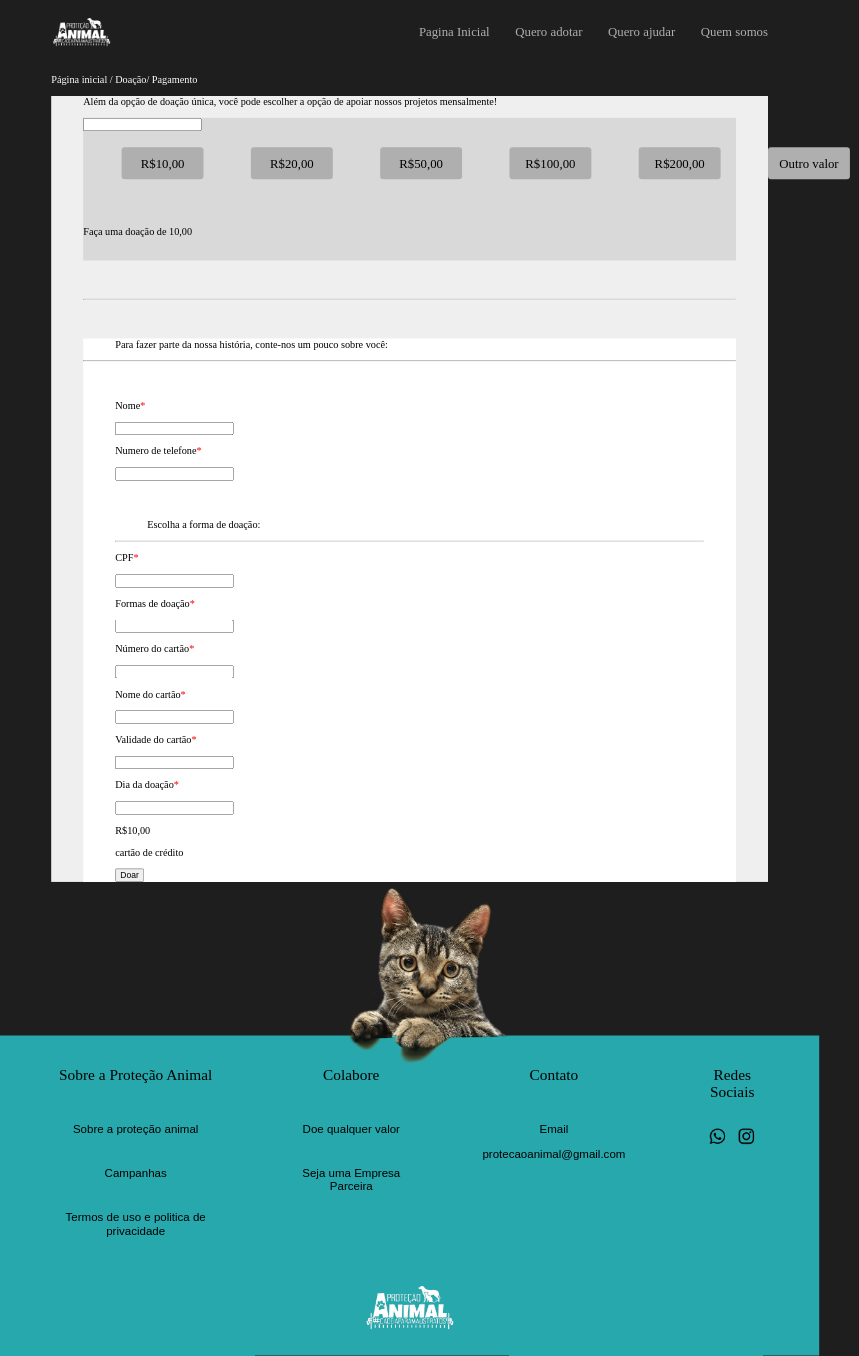
Repository: edjunior-nascimento/protecao-animal-web
Page: src/pages/formulario-doacao/index.html
An editor plug-in stored every save of this project. The page is shown before and after the next save, followed by the edit.
The browser window is 1280 px wide. The page is 1342 px wide, so the pictures cover 1342 px, including what lies to the right of the window. The pictures show the whole page, at 64% of full size.

Above is the page before, as saved 2025-03-07 03:29:02.

### src/pages/formulario-doacao/index.html
<!DOCTYPE html>
<html lang="pt">

<head>
    <meta charset="UTF-8">
    <meta name="viewport" content="width=device-width, initial-scale=1.0">
    <title>Proteção Animal</title>
    <link rel="preconnect" href="https://fonts.googleapis.com" />
    <link rel="preconnect" href="https://fonts.gstatic.com" crossorigin />
    <meta name="viewport" content="width=device-width, initial-scale=1.0" />
    <link rel="stylesheet" href="./style.css" />
    <link>
</head>

<body>
    <header>
        <div><img class="logo" src="/src/pages/images/logo.png" alt="logo Protecao animal" /></div>
        <nav>
            <ul>
                <li>
                    <a href="#">
                        <p>Pagina Inicial</p>
                    </a>
                </li>
                <li>
                    <a href="#">
                        <p>Quero adotar</p>
                    </a>
                </li>
                <li>
                    <a href="#">
                        <p>Quero ajudar</p>
                    </a>
                </li>
                <li>
                    <a href="#">
                        <p>Quem somos</p>
                    </a>
                </li>
            </ul>
        </nav>
    </header>
    <main>
        <div class="title">
            <p>Página inicial / Doação/ Pagamento</p>
        </div>
        <div class="container">
            <div class="sub-title">
                <p>Além da opção de doação única, você pode escolher a opção de apoiar nossos projetos mensalmente!
                </p>
            </div>
            <div class="valor">
                <div class="cota">
                    <input type="text">
                </div>
                <nav class="cota-inicial">
                    <ul>
                        <li>
                            <a href="#">R$10,00</a>
                        </li>
                        <li>
                            <a href="#">R$20,00</a>
                        </li>
                        <li>
                            <a href="#">R$50,00</a>
                        </li>
                        <li>
                            <a href="#">R$100,00</a>
                        </li>
                        <li>
                            <a href="#">R$200,00</a>
                        </li>
                        <li>
                            <a href="#">Outro valor</a>
                        </li>
                    </ul>
                </nav>
                <div class="res"><span>Faça uma doação de 10,00</span>
                </div>
            </div>
            <hr class="pri-line">
            <div class="card">
                <div class="sub-title">
                    <p>Para fazer parte da nossa história, conte-nos um pouco sobre você:</p>
                </div>
                <hr>
                <div class="card">
                    <form action="/send" method="post" target="_blank">
                        <label>
                            <p>Nome<span class="ast">*</span></p>
                            <input type="text" name="Nome" id="Nome*">
                        </label>
                        <label>
                            <p>Numero de telefone<span class="ast">*</span></p>
                            <input type="text" name="telefone" id="telefone">
                        </label>
                    </form>
                </div>
                <div class="card">
                    <div class="sub-title">
                        <p>Escolha a forma de doação:</p>
                    </div>
                    <hr>
                    <form action="/send" method="post" target="_blank">
                        <label>
                            <p>CPF<span class="ast">*</span></p>
                            <input type="number" name="cpf" id="cpf">
                        </label>
                        <label>
                            <p>Formas de doação<span class="ast">*</span></p>
                            <input type="text" name="forme-doacao" id="forme-doacao"></p>
                        </label>
                        <label>
                            <p>Número do cartão<span class="ast">*</span></p>
                            <input type="number" name="cartao" id="cartao">
                        </label>
                        <label>
                            <p>Nome do cartão<span class="ast">*</span></p>
                            <input type="text" name="nome-cartao" id="nome-cartao">
                        </label>
                        <label>
                            <p>Validade do cartão<span class="ast">*</span></p>
                            <input type="text" name="" id="">
                        </label>
                        <label>
                            <p>Dia da doação<span class="ast">*</span></p>
                            <input type="number" name="data" id="data">
                        </label>
                    </form>
                    <div class="resultado">
                        <div class="retorno">
                            <div class="res/doacao">
                                <p>R$10,00</p>
                            </div>
                            <div class="forma/pagamento">
                                <p>cartão de crédito</p>
                            </div>
                        </div>
                        <button>Doar</button>
                    </div>
                </div>
            </div>
        </div>
    </main>
    <div class="gato"><img src="/src/pages/images/gato.png" alt=""></div>
    <footer>
        <div class="footer-container">
            <div class="footer-primary">
                <div class="footer-section-1">
                    <div>
                        <h4>Sobre a Proteção Animal</h4>
                    </div>
                    <div>
                        <p><a href="">Sobre a proteção animal</a></p>
                    </div>
                    <div>
                        <p><a href="">Campanhas</a></p>
                    </div>
                    <div>
                        <p><a href="">Termos de uso e politica de privacidade</a></p>
                    </div>
                </div>
                <div class="footer-section-2">
                    <div>
                        <h4>Colabore</h4>
                    </div>
                    <div>
                        <p><a href="">Doe qualquer valor</a></p>
                    </div>
                    <div>
                        <p><a href="">Seja uma Empresa Parceira</a></p>
                    </div>
                </div>
                <div class="footer-section-3">
                    <div>
                        <h4>Contato</h4>
                    </div>
                    <div>
                        <p>Email</p>
                        <p><a href="mailto:protecaoanimal@gmail.com">protecaoanimal@gmail.com</a></p>
                    </div>
                </div>
                <div class="footer-section-4">
                    <div>
                        <h4>Redes Sociais</h4>
                    </div>
                    <div class="social-icons">
                        <div>
                            <a href=""><img src="/src/pages/images/whatsAppIcon.png" alt="" /></a>
                        </div>
                        <div>
                            <a href=""><img src="/src/pages/images/instagramIcon.png" alt="" /></a>
                        </div>
                    </div>
                </div>
            </div>
        </div>
        <div class="footer-secondary">
            <img src="/src/pages/images/logo.png" alt="" />
        </div>
    </footer>
</body>

</html>

### src/pages/formulario-doacao/style.css
:root {
    --main-bg-color: #1e1e1e;
    --title-color: #27a8ad;
    --subtitle-color: #ffffff;
    --box-color: #ffffff;
    --link-nav-color: #ffffff;
    --card-title-color: #27a8ad;
    --footer-background: #27a8ad;
    --footer-font-color: #000000;
    --maim-color: #EFEFEF;
    --card-nav-color:#D9D9D9;
    --nav-valor:#B0AFAF;
    --asterisco-color: red;
  }
  body {
    height: max-content;
    font-family: "Jockey One", serif;
    font-style: normal;
    margin: 0px;
    padding: 0px;
    background-color: var(--main-bg-color);
  }

  a {
    text-decoration: none;
  }

  header {
    height: 100px;
    display: flex;
    flex-direction: row;
    justify-content: space-between;
    padding-inline: 80px
  }
  header div {
    display: flex;
    align-items: center;
  }
  .logo {
    height: 95px;
    width: auto;
  }
  nav {
    width: auto;
    height: 100px;
    display: flex;
    align-items: center;
  }
  nav ul {
    list-style-type: none;
    display: flex;
    gap: 40px;
  }
  nav ul li a {
    color: var(--nav-valor);
    font-size: 20px;
    background-color: var(--card-nav-color);
  }


main {
  background-color:var(--main-bg-color) ;
  padding-left: 80px;
  padding-right: 80px;
}
  .sub-title {
    margin-left: 50px;
  }
.cota-inicial a {
  color: var(--footer-font-color);
  width: 128px;
  height: 50px;
  display: inline-block;
  text-align: center;
  line-height: 50px;
  background-color: var(--nav-valor);
  margin-left: 20px;
  border-radius: 5px;
}
.cota-inicial li {
  height: 50px;
  width: 162px;
}
.cota-inicial li :hover {
  background-color: var(--footer-background);
  color: var(--box-color);
}
.res {
  margin-top: 48px;
  padding-bottom: 36px;
}
  .pri-line {
    margin-top: 60px;
    margin-left: 50px;
    margin-right: 50px;
  }
  .card {
    margin-top: 60px;
    margin-left: 50px;
    margin-right: 50px;
  }
  .ast {
    color: var(--asterisco-color);
  }
.container {
  background-color: var(--maim-color);
}
.title {
  color: var(--subtitle-color);
}
.valor {
  margin-left: 50px;
  margin-right: 50px;
  background-color: var(--card-nav-color);
}
.valor nav {
  width: 100%;
}
.card {
  background-color: var(--box-color);
}



  .gato {
    margin-left: 42%;
    margin-bottom: -25px;
    height: 265px;
    max-width: auto;}

  footer {
    height: 500px;
    max-height: auto;
    background-color: var(--footer-background);
    padding-inline: 80px;
  }

  .footer-container {
      width: auto;
      height: 70%;
      display: flex;
      align-items: center;
      justify-content: center;
  }

  .footer-primary {
    display: flex;
    flex-direction: row;
    gap: 111px;
    align-items: flex-start;
    justify-content: center;
  }

  .footer-primary p a {
      color: var(--footer-font-color);
      font-family: "Arial", sans-serif;
  }

  .footer-primary h4 {
    font-size: 24px;
    font-weight: 400;
  }

  .footer-primary p {
      font-size: 18px;
      font-weight: 400;
      font-family: "Arial", sans-serif;
  }

  .footer-secondary {
    width: auto;
    height: 30%;
    display: flex;
    align-items: center;
    justify-content: center;
  }

  .footer-secondary img {
      height: 145px;
      width: auto
  }

  .footer-section-1, .footer-section-2, .footer-section-3, .footer-section-4 {
      display: flex;
      flex-direction: column;
      text-align: center;
      gap: 12px;
  }

  .footer-section-4 {
      align-items: center;
  }

  .social-icons {
      display: flex;
      flex-direction: row;
      gap: 20px;
  }

After the next save:
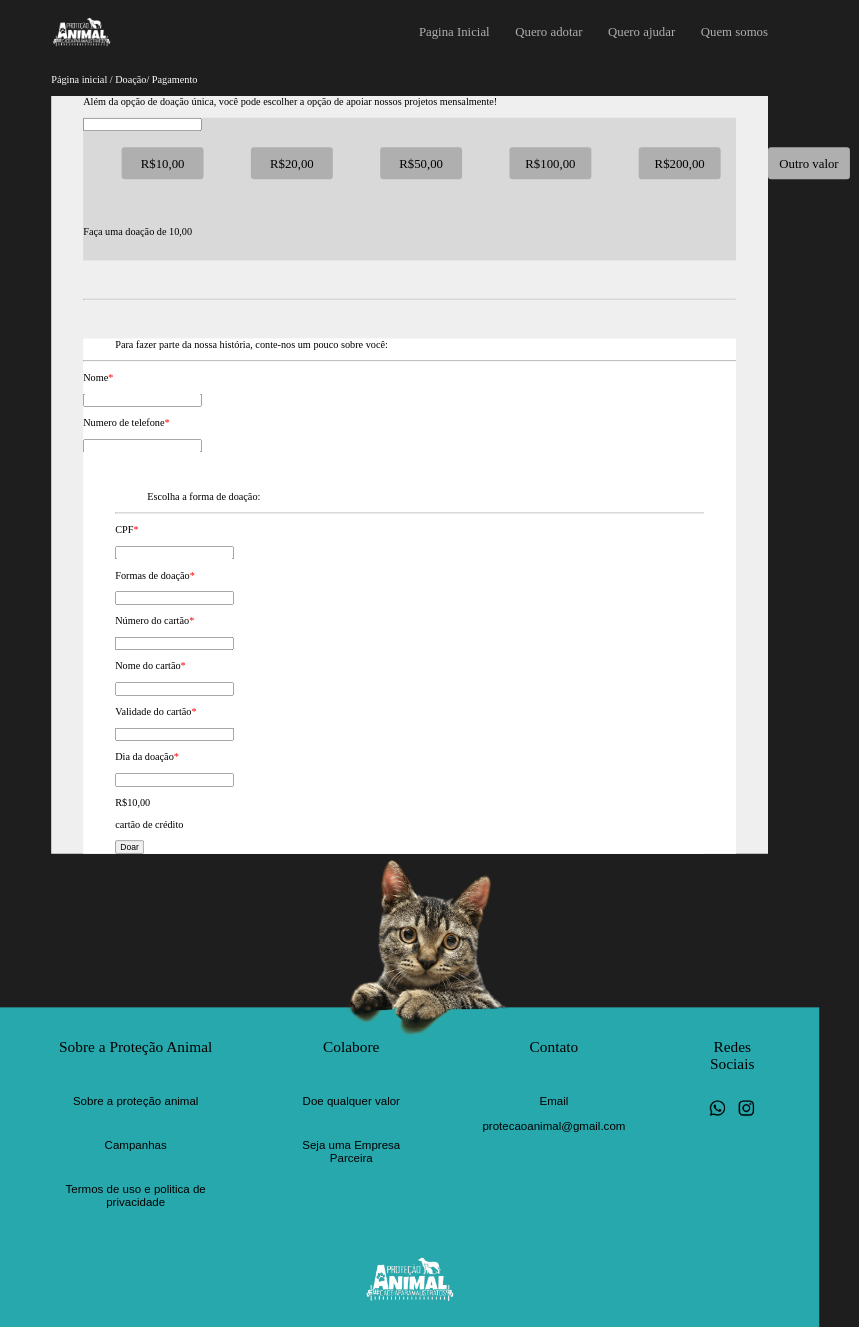
Saved 67 s later.
--- a/src/pages/formulario-doacao/index.html
+++ b/src/pages/formulario-doacao/index.html
@@ -84,7 +84,7 @@
                     <p>Para fazer parte da nossa história, conte-nos um pouco sobre você:</p>
                 </div>
                 <hr>
-                <div class="card">
+                <div class="dados">
                     <form action="/send" method="post" target="_blank">
                         <label>
                             <p>Nome<span class="ast">*</span></p>
